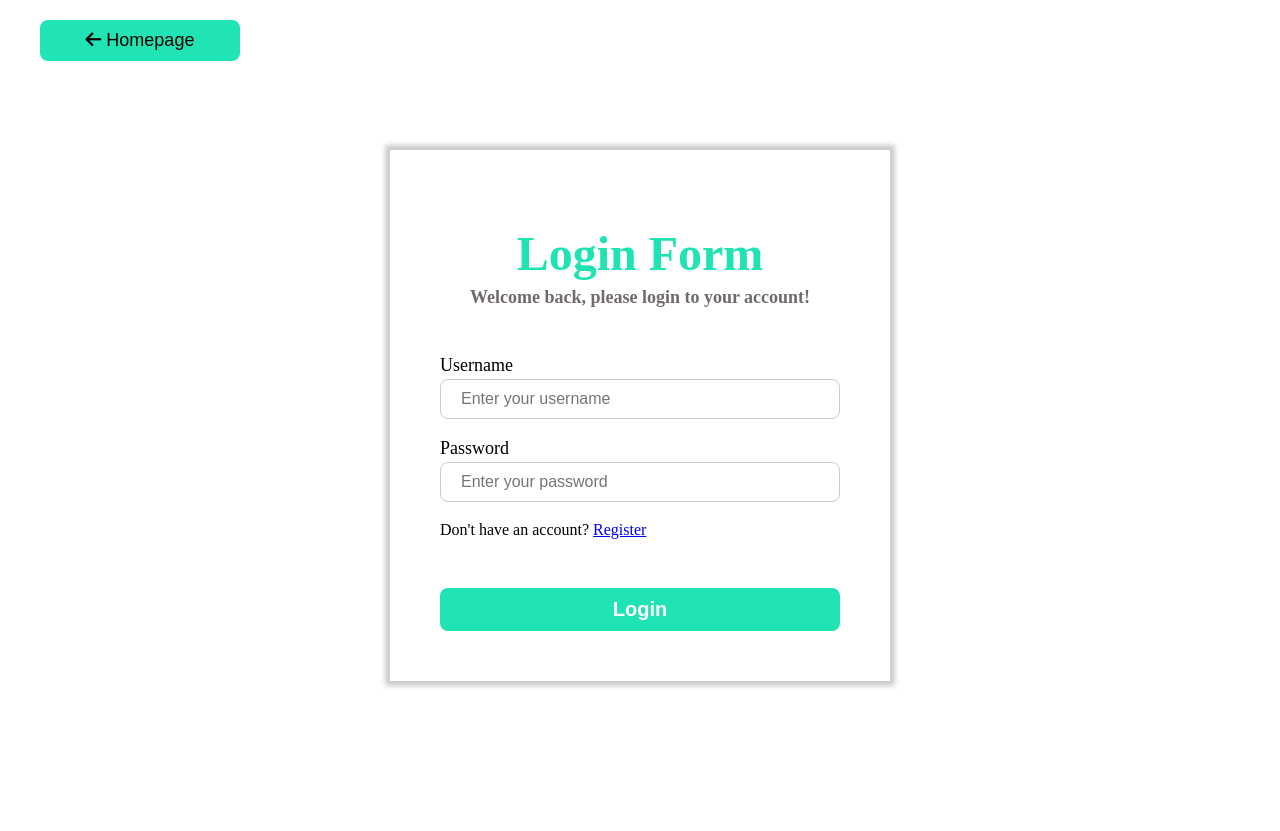
Repository: Trung0810/btl_cnpm_fe
Page: /
The author's editor kept a copy of each file at every save. The page is drawn from the files as they stood at one save, then again after the next save.
The browser window is 1280 px wide. The pictures show the whole page.
The project was rebuilt for these pictures with package versions that can differ from the ones it lists, and the page was loaded fresh each time. Also part of the build but not shown: src/components/header/header.css, src/components/header/Header.js, src/components/footer/Footer.css, src/components/footer/Footer.js, src/components/shoes_list/ShoesCard.css, src/components/shoes_list/ShoesCard.js, src/components/shoes_list/ShoesList.css, src/components/shoes_list/ShoesList.js and 14 more.

Above is the page before, as saved 2026-03-31 10:17:40.

### public/index.html
<!doctype html>
<html lang="en">
  <head>
    <meta charset="utf-8" />
    <link rel="icon" href="%PUBLIC_URL%/favicon.ico" />
    <meta name="viewport" content="width=device-width, initial-scale=1" />
    <meta name="theme-color" content="#000000" />
    <meta
      name="description"
      content="Web site created using create-react-app"
    />
    <link rel="apple-touch-icon" href="%PUBLIC_URL%/logo192.png" />
    <!--
      manifest.json provides metadata used when your web app is installed on a
      user's mobile device or desktop. See https://developers.google.com/web/fundamentals/web-app-manifest/
    -->
    <link rel="manifest" href="%PUBLIC_URL%/manifest.json" />
    <!--
      Notice the use of %PUBLIC_URL% in the tags above.
      It will be replaced with the URL of the `public` folder during the build.
      Only files inside the `public` folder can be referenced from the HTML.

      Unlike "/favicon.ico" or "favicon.ico", "%PUBLIC_URL%/favicon.ico" will
      work correctly both with client-side routing and a non-root public URL.
      Learn how to configure a non-root public URL by running `npm run build`.
    -->
    <link rel="preconnect" href="https://fonts.googleapis.com" />
    <link rel="preconnect" href="https://fonts.gstatic.com" crossorigin />
    <link
      href="https://fonts.googleapis.com/css2?family=DM+Sans:ital,opsz,wght@0,9..40,100..1000;1,9..40,100..1000&family=Oswald:wght@200..700&display=swap"
      rel="stylesheet"
    />
    <title>React App</title>
  </head>
  <body>
    <noscript>You need to enable JavaScript to run this app.</noscript>
    <div id="root"></div>
    <!--
      This HTML file is a template.
      If you open it directly in the browser, you will see an empty page.

      You can add webfonts, meta tags, or analytics to this file.
      The build step will place the bundled scripts into the <body> tag.

      To begin the development, run `npm start` or `yarn start`.
      To create a production bundle, use `npm run build` or `yarn build`.
    -->
  </body>
</html>

### src/index.js
import React from "react";
import ReactDOM from "react-dom/client";
import App from "./App";
import reportWebVitals from "./reportWebVitals";
import "./index.css";
import "./reset.css";
import "@fortawesome/fontawesome-free/css/all.min.css";

const root = ReactDOM.createRoot(document.getElementById("root"));
root.render(
  <React.StrictMode>
    <App />
  </React.StrictMode>,
);

// If you want to start measuring performance in your app, pass a function
// to log results (for example: reportWebVitals(console.log))
// or send to an analytics endpoint. Learn more: https://bit.ly/CRA-vitals
reportWebVitals();

### src/App.js
import { Fragment } from "react";
import Header from "./components/header/Header";
import Footer from "./components/footer/Footer";
import HomePage from "./components/home_page/HomePage";
import ShoesPage from "./components/shoes_page/ShoesPage";
import LoginForm from "./components/login_form/LoginForm";
import "./App.css";
import LoginPage from "./components/login_page/LoginPage";

function App() {
  return (
    <Fragment>
      {/* <Header></Header>
      <HomePage></HomePage>
      <ShoesPage></ShoesPage>
      <Footer></Footer> */}
      <LoginPage></LoginPage>
    </Fragment>
  );
}

export default App;

### src/index.css
body {
  margin: 0;
  font-family:
    -apple-system, BlinkMacSystemFont, "Segoe UI", "Roboto", "Oxygen", "Ubuntu",
    "Cantarell", "Fira Sans", "Droid Sans", "Helvetica Neue", sans-serif;
  -webkit-font-smoothing: antialiased;
  -moz-osx-font-smoothing: grayscale;
  font-family: "DM Sans", sans-serif;
}
body::-webkit-scrollbar {
  display: none;
}
code {
  font-family:
    source-code-pro, Menlo, Monaco, Consolas, "Courier New", monospace;
}
* {
  box-sizing: border-box;
}

### src/components/login_form/LoginForm.js
import React from "react";
import { useForm } from "react-hook-form";
import { yupResolver } from "@hookform/resolvers/yup";
import * as yup from "yup";
import "./LoginForm.css";

const LoginForm = () => {
  const schema = yup.object({
    username: yup
      .string()
      .required("Please enter your username!")
      .min(8, "Must be at least 8 characters!")
      .max(16, "Must be at most 16 characters!"),
    password: yup.string().required("Please enter your password!"),
  });

  const {
    register,
    handleSubmit,
    formState: { errors, isValid },
  } = useForm({
    mode: "onChange",
    resolver: yupResolver(schema),
  });

  const submit = (values) => {
    console.log(values);
  };

  return (
    <form className="login-form" onSubmit={handleSubmit(submit)}>
      <h2 className="login-form-title">Login Form</h2>
      <h3 className="login-form-desc">
        Welcome back, please login to your account!
      </h3>
      <div className="login-form-wrapper">
        <label htmlFor="username">Username</label>
        <input
          type="text"
          id="username"
          className="login-form-input"
          placeholder="Enter your username"
          {...register("username")}
        />
        {errors.username && (
          <div className="login-form-error">{errors.username.message}</div>
        )}
      </div>
      <div className="login-form-wrapper">
        <label htmlFor="password">Password</label>
        <input
          type="text"
          id="password"
          className="login-form-input"
          placeholder="Enter your password"
          {...register("password")}
        />
        {errors.password && (
          <div className="login-form-error">{errors.password.message}</div>
        )}
      </div>
      <div className="login-form-option">
        <p>
          Don't have an account? <a href="#">Register</a>
        </p>
      </div>
      <button
        type="submit"
        className="login-form-button"
        style={{ pointerEvents: isValid ? "" : "none" }}
      >
        Login
      </button>
    </form>
  );
};

export default LoginForm;

### src/App.css
input {
  display: block;
  font-size: 16px;
  font-weight: 500;
  padding: 10px 20px;
  border: 1px solid #ccc;
  border-radius: 8px;
  outline: none;
}
button {
  display: block;
  width: 200px;
  padding: 10px 30px;
  font-size: 18px;
  font-weight: 500;
  border-radius: 8px;
  border: none;
  outline: none;
  cursor: pointer;
}

### src/components/login_page/LoginPage.js
import React, { Fragment } from "react";
import LoginForm from "../login_form/LoginForm";

const LoginPage = () => {
  return (
    <Fragment>
      <button
        style={{
          backgroundColor: "#20e4b3",
          position: "absolute",
          top: "20px",
          left: "40px",
        }}
      >
        <i className="fa fa-arrow-left"></i> Homepage
      </button>
      <LoginForm></LoginForm>
    </Fragment>
  );
};

export default LoginPage;

### src/components/login_form/LoginForm.css
.login-form {
  width: 500px;
  padding: 80px 50px 50px;
  margin: 150px auto;
  box-shadow: 0 0 5px 5px #ccc;
}
.login-form-title {
  font-size: 48px;
  font-weight: bold;
  color: #20e3b4;
  text-align: center;
  margin-bottom: 10px;
}
.login-form-desc {
  font-size: 18px;
  font-weight: bold;
  color: #716a6a;
  text-align: center;
  margin-bottom: 50px;
}
.login-form-wrapper {
  display: flex;
  flex-direction: column;
  row-gap: 5px;
  margin-bottom: 20px;
}
.login-form-wrapper label {
  font-size: 18px;
  font-weight: 500;
}
.login-form-input {
  width: 100%;
}
.login-form-error {
  font-weight: 500;
  color: #de4242;
}
.login-form-option {
  font-size: 16px;
}
.login-form-button {
  width: 100%;
  background-color: #20e3b4;
  font-size: 20px;
  font-weight: bold;
  color: #fff;
  margin-top: 50px;
}

Loaded but not shown: src/reportWebVitals.js (common file); src/reset.css (common file)

After the next save:
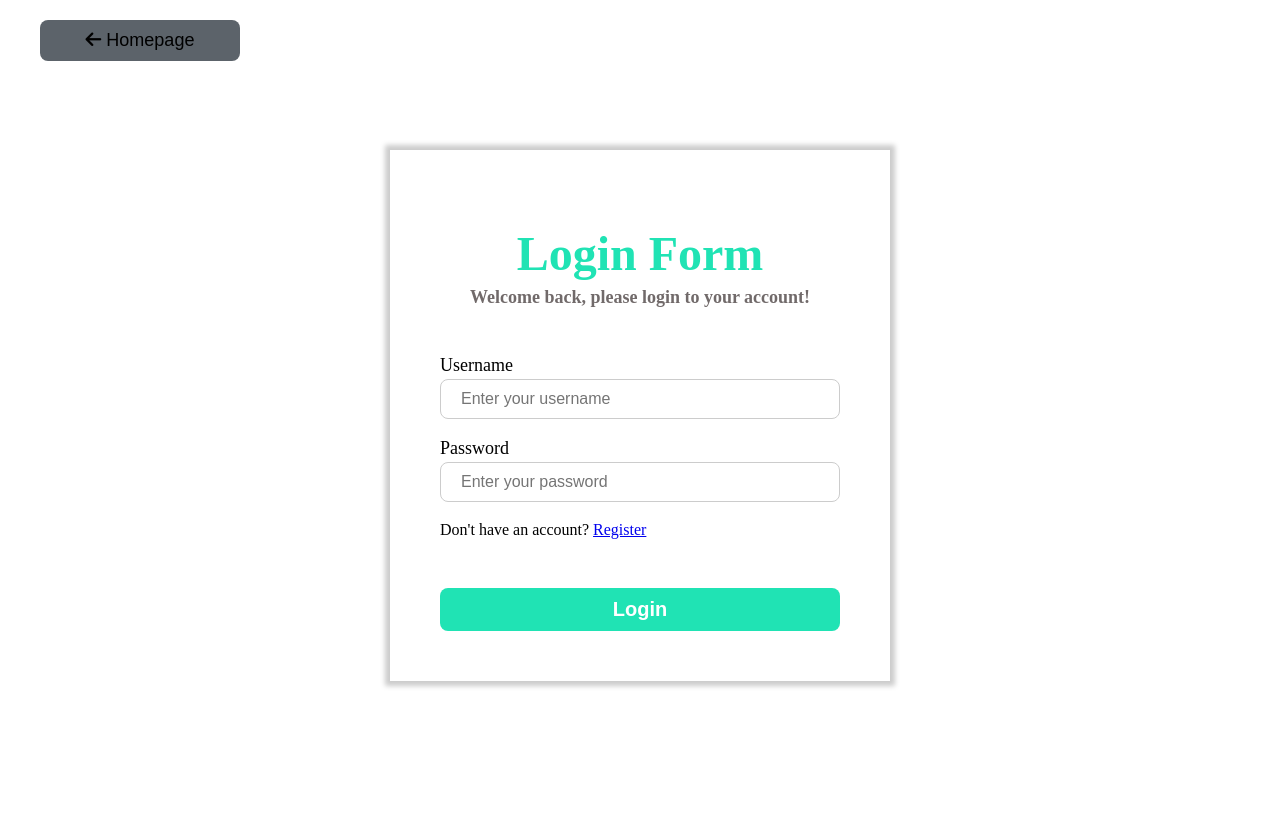
Saved 38 s later.
--- a/src/components/login_page/LoginPage.js
+++ b/src/components/login_page/LoginPage.js
@@ -6,7 +6,7 @@ const LoginPage = () => {
     <Fragment>
       <button
         style={{
-          backgroundColor: "#20e4b3",
+          backgroundColor: "#5C636A",
           position: "absolute",
           top: "20px",
           left: "40px",
